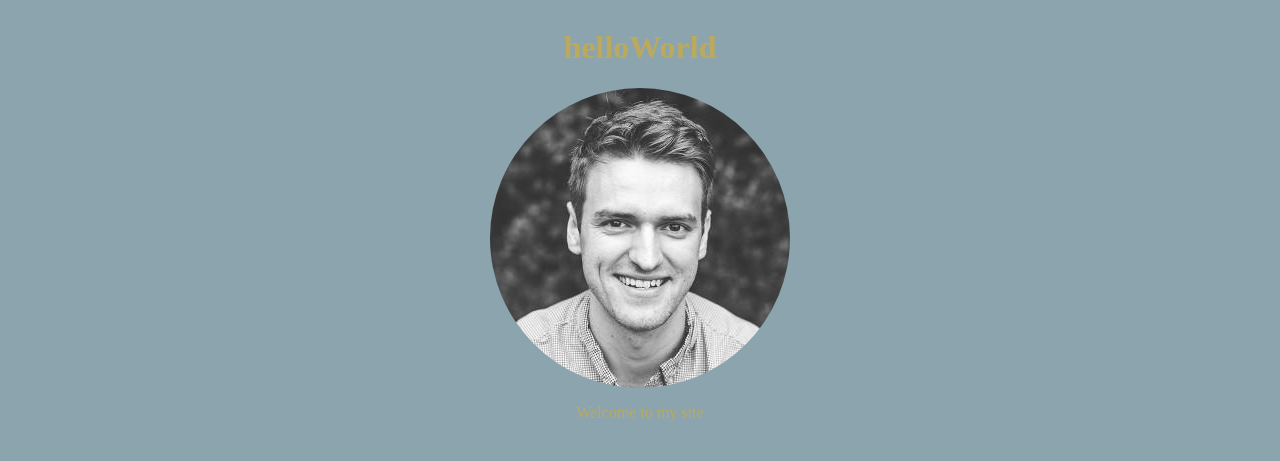
Repository: milespossing/Personal-Page
Page: index.html
The author's editor kept a copy of each file at every save. The page is drawn from the files as they stood at one save, then again after the next save.
The browser window is 1280 px wide. The pictures show the whole page.

Above is the page before, as saved 2019-09-19 21:14:53.

After the next save:
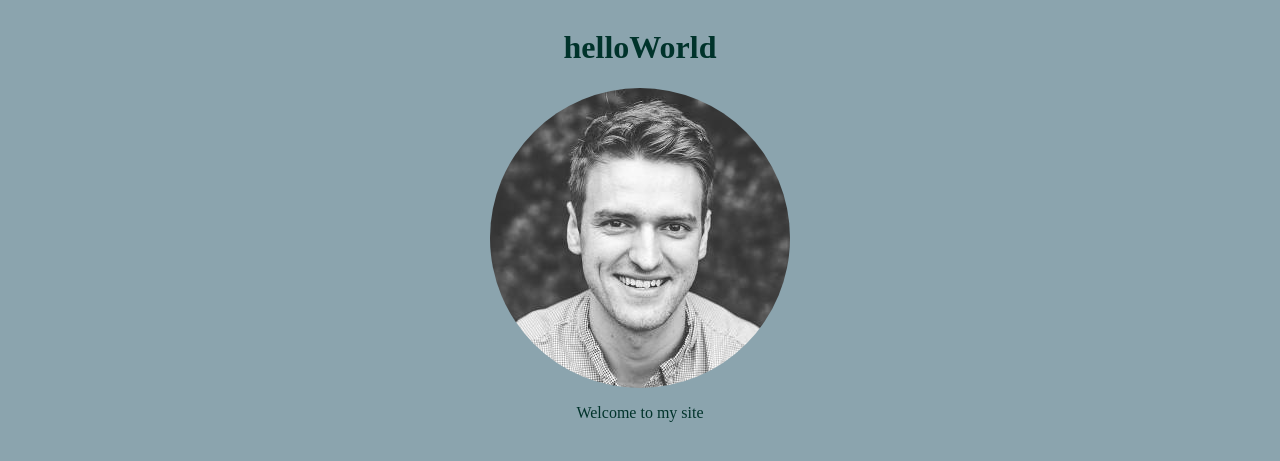
Saved 12 s later.
--- a/Styles/style.css
+++ b/Styles/style.css
@@ -4,7 +4,7 @@ body {
     align-content: center;
     align-items: center;
     background: #8ba4ae;
-    color: #bbaa5e;
+    color: #00332b;
 }
 
 .site-header {
